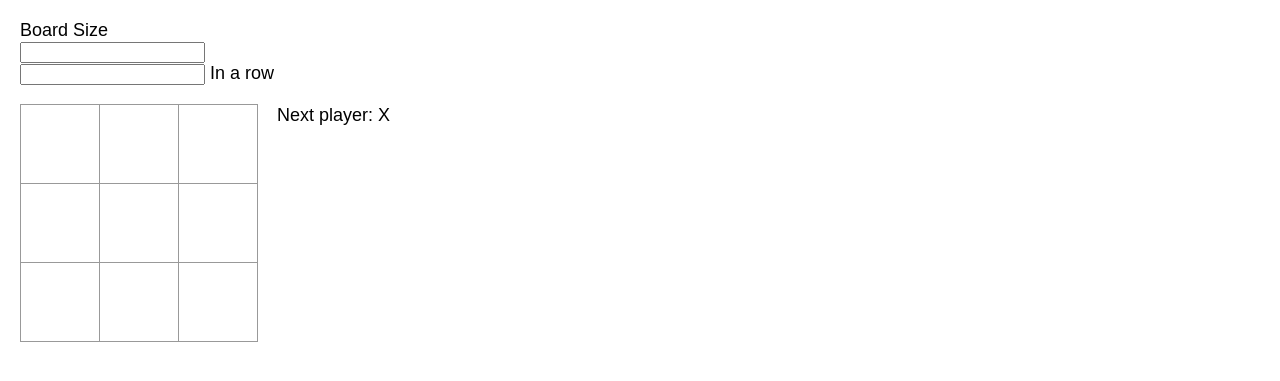
Repository: yshong211/tic-tac-toe-0708
Page: /
An editor plug-in stored every save of this project. The page is shown before and after a run of saves, followed by the edit.
The browser window is 1280 px wide. The pictures show the whole page.
The project was rebuilt for these pictures with package versions that can differ from the ones it lists, and the page was loaded fresh each time.

Above is the page before, as saved 2020-07-07 16:41:32.

### src/index.js
import React from 'react';
import ReactDOM from 'react-dom';
import './index.css';
import GetDim from './getDim';

  // ========================================

  // renders the game component to element

  ReactDOM.render(
    <GetDim />, // goes inside of the the second parameter;
    document.getElementById('root') // returns <div id = "root"></div>
  );

### src/index.css
body {
    font: 18px "Century Gothic", Futura, sans-serif; /* size, font */
    margin: 20px; /* space outside of border */
  }

  form {
    margin-bottom: 20px;

  }

  ol, ul {
    padding-left: 30px; /* space b/t left border to content */
  }

  .board-row:after {
    clear: both;
    content: "";
    display: table;
  }

  .status {
    margin-bottom: 10px;
  }

  .square {
    background: rgb(255, 255, 255);
    border: 1px solid #999;
    float: left;
    font-size: 60px;
    font-weight: bold;
    line-height: 80px;
    height: 80px;
    margin-right: -1px;
    margin-top: -1px;
    padding: 0;
    text-align: center; /* text in the middle */
    width: 80px;
  }

  .square:focus {
    outline: none;
  }

  .kbd-navigation .square:focus {
    background: #ddd;
  }

  .game {
    display: flex;
    flex-direction: row;


  }

  .game-info {
    margin-left: 20px;
  }

### src/getDim.js
import React from 'react';
import Game from './game';


export default class GetDim extends React.Component {
    constructor(props) {
      super(props);
      this.state = {rows: 3};
      this.handleChange = this.handleChange.bind(this);

    }
    handleChange(event) {
      this.setState({rows: event.target.value});
    }


    render() {

      return (
      <div className = 'submission'>
        <form>
          <label>
            Board Size<br></br>
            <input type="int" value={this.state.value} onChange={this.handleChange} /><br></br>
            <input type="int" value={this.state.value} onChange={this.handleChange} /> In a row<br></br>

          </label>
        </form>
        <Game
            rows = {parseInt(this.state.rows)}
        />
      </div>
      );
    }
  }

### src/game.js
import React from 'react';
import Board from './board';


export default class Game extends React.Component {
    constructor(props) {
      super(props);
      this.state = {
        board: [], //history:{square: Arr}
        history: [], // track the last index
        stepNumber: 0, // count var
        xIsNext: true // Random for which player goes first (50% each)
      };
    }

    hor(squares, row_length){
      let index = 0;
      let count = 0;
      let x = 0;
      let o = 0;
      for(let i = 0; i < row_length; i++){
        for(let j = 0; j < row_length; j++){
          if(squares[index]==='X'){
            x++;
          }
          if(squares[index]==='O'){
            o++
          }
          count++;
          index++;
        }
        if(o === count){
          return 'O';
        }
        if(x === count){
          return 'X'
        }
        count = 0;
        x = 0;
        o = 0;
      }
    }

    vert(squares, row_length){
      let count = 0;
      let x = 0;
      let o = 0;
      for(let i = 0; i < row_length; i++){
        for(let j = i; j < row_length**2; j+=row_length){
          if(squares[j]==='X'){
            x++;
          }
          if(squares[j]==='O'){
            o++
          }
          count++;
        }

        if(o === count){
          return 'O';
        }
        if(x === count){
          return 'X';
        }
        count = 0;
        x = 0;
        o = 0;
      }
    }

    cross(squares, row_length){
      let count = 0;
      let x = 0;
      let o = 0;

      for(let i = 0; i < row_length**2; i+=(row_length+1)){
        if(squares[i]==='X'){
          x++;
        }
        if(squares[i]==='O'){
          o++;
        }
        count++;
      }
      if(o === count){
        return 'O';
      }
      if(x === count){
        return 'X';
      }
      count = 0;
      x = 0;
      o = 0;

      for(let j = row_length-1; j < (row_length**2)-1; j+=(row_length-1)){
        if(squares[j]==='X'){
          x++;
        }
        if(squares[j]==='O'){
          o++
        }
        count++;
      }
      if(o === count){
        return 'O';
      }
      if(x === count){
        return 'X';
      }
      count = 0;
      x = 0;
      o = 0;
    }

    calculateWinner(squares, rows){
      if(this.hor(squares, rows) === 'O' || this.hor(squares, rows) === 'X'){
        return this.hor(squares, rows);
      }

      else if(this.vert(squares, rows) === 'O' || this.vert(squares, rows) === 'X'){
        return this.vert(squares, rows);
      }

      else if(this.cross(squares, rows) === 'O' || this.cross(squares, rows) === 'X'){
        return this.cross(squares, rows);
      }
      return null;
    }
    handleClick(i) {
      const hist = this.state.history;
      const squares = this.state.board;
      const rows = this.props.rows;
      if (this.calculateWinner(squares, rows) || squares[i]) { // ends the game
        return;
      }
      squares[i] = this.state.xIsNext ? 'X' : 'O';
      hist.push(i);
      this.setState({
        board: squares,
        history: hist,
        stepNumber: this.state.history.length,
        xIsNext: !this.state.xIsNext // changes turn
      });
    }

    jumpTo(history, board, step) {
      for (let i = history.length-1; i >= step; i--){
        board[history.pop()] = null;
      }
      this.setState({
        stepNumber: step,
        xIsNext: (step % 2) === 0
      });
    }
    render() {
      const board = this.state.board;
      const history = this.state.history;
      const rows = this.props.rows;
      const winner = this.calculateWinner(board, rows);
      const moves = history.map((step, move) => {
        const desc = move ?
          'Go to move #' + move :
          'Refresh';

        return (
          <li key={move}>
            <button onClick={() => this.jumpTo(history, board, move)}>{desc}</button>
          </li>
        );

      });

      let status;
      winner ? status = 'Winner: ' + winner :
      status = 'Next player: ' + (this.state.xIsNext ? 'X' : 'O');
      return (
        <div className="game">
          <div className="game-board">
            <Board // exports the values of attr to Board component
              rows = {this.props.rows}
              squares={board}
              onClick={i => this.handleClick(i)}
            />
          </div>
          <div className="game-info">
            <div>{status}</div>
            <ol>{moves}</ol>
          </div>
        </div>
      );
    }
  }

### src/board.js
import React from 'react';
import Square from './square.js';


export default class Board extends React.Component {
    renderSquare(i) {
      // value and onclick value transfers to component Square
      return(
        <Square
          value={this.props.squares[i]} // got val from {current.squares}
          onClick={() => this.props.onClick(i)} // got val from {i => this.handleClick(i)}
        />
      );
    }
    create_rq(start,end) {
      let rows = []
      for(let i = start; i < end; i++){
        rows.push(this.renderSquare(i));
      }
      return rows;
    }
    create_row(start) { // creates row length of 3, var start is the starting index
      let board_r = [];
      for(let i = 0; i < start; i++){
        let new_r = i * start;
        let new_end = parseInt(new_r)+parseInt(start);
        board_r.push(
        <div className="board-row">
          {this.create_rq(new_r,new_end)}
        </div>);
      }
      return board_r

    }
    render() { // renders 9 squares
      return (
        <div>
          {this.create_row(this.props.rows)}
        </div>
      );
    }
  }

### src/square.js
import React from 'react';

export default function Square(props) {
    // gets value and onClick from renderSquare
    return (
      <button className = "square" onClick = {props.onClick}>
        {props.value}
      </button>
      );
  }

Loaded but not shown: public/index.html (common file)

After the next 4 saves:
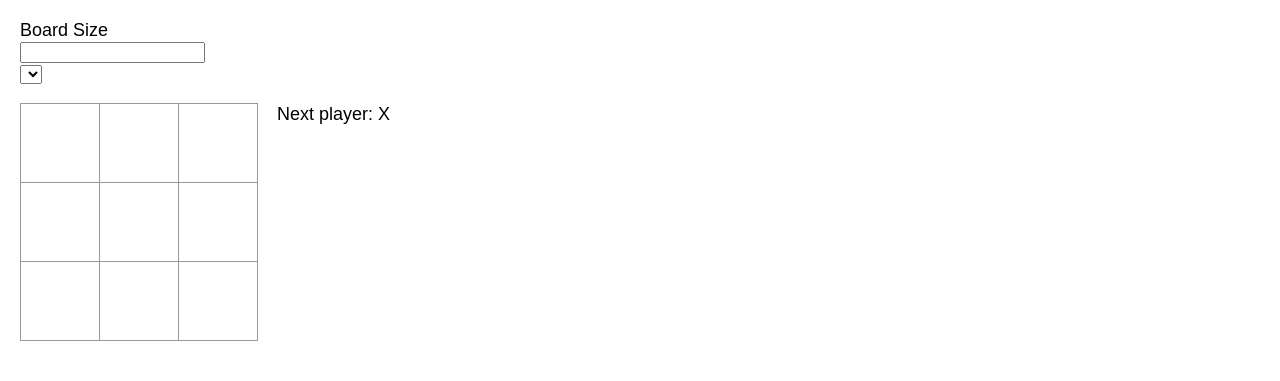
The 4 saves are shown as one change because they came seconds apart.
The last was saved 36 s later.
--- a/src/getDim.js
+++ b/src/getDim.js
@@ -22,7 +22,9 @@ export default class GetDim extends React.Component {
           <label>
             Board Size<br></br>
             <input type="int" value={this.state.value} onChange={this.handleChange} /><br></br>
-            <input type="int" value={this.state.value} onChange={this.handleChange} /> In a row<br></br>
+            <select>
+
+            </select>
 
           </label>
         </form>
